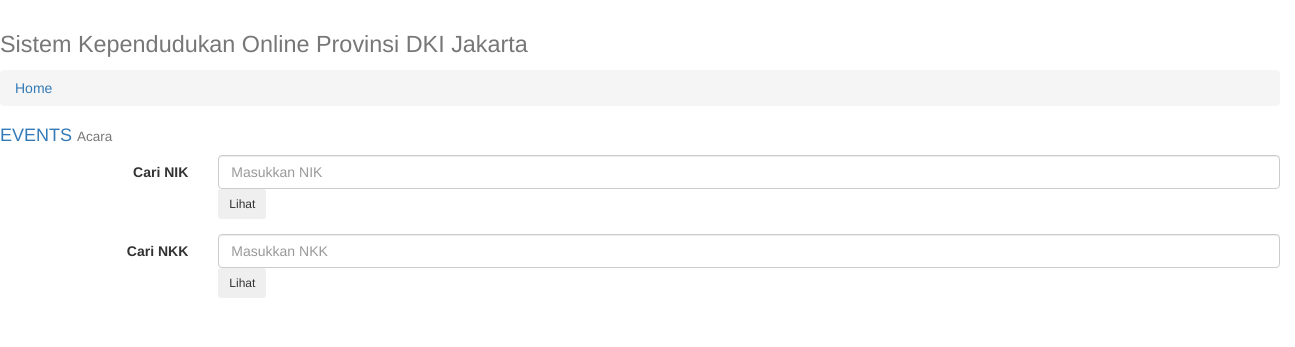
Repository: apap-2017/tugas1_1406544135
Page: http://localhost/index
The author's editor kept a copy of each file at every save. The page is drawn from the files as they stood at one save, then again after the next save.
The browser window is 1280 px wide. The page is 1295 px wide, so the pictures cover 1295 px, including what lies to the right of the window. The pictures show the whole page.
The page is this project's Thymeleaf template; nobody is signed in. The template is opened directly, without the code that normally fills it, so the values that code supplies are empty.

Above is the page before, as saved 2017-10-20 11:58:49.

### Tugas1_1406544135/src/main/resources/templates/index.html
<!DOCTYPE HTML>
<html xmlns="http://www.w3.org/1999/xhtml"
	xmlns:th="http://www.thymeleaf.org">
<head>
<title>Siduk DKI</title>
<meta http-equiv="Content-Type" content="text/html; charset=UTF-8" />
     <link href="../../static/css/bootstrap.min.css" rel="stylesheet" th:href="@{/css/bootstrap.min.css}" />
</head>

<body>

	<section class="content-header">
		<h1>
			<small>Sistem Kependudukan Online Provinsi DKI Jakarta</small>
		</h1>

		<ol class="breadcrumb">
			<li><a	 th:href="@{/}">Home</a></li>
		</ol>
	</section>

	<form class="form-horizontal" action="/penduduk" method="get">
			<section>
			<h4>
				<a th:href="@{/b8/home/event}">EVENTS</a> <small>Acara</small>
			</h4>
		</section>
		<div class="form-group">
			<label class="col-sm-2 control-label">Cari NIK</label>
			<div class="col-sm-10">
				<input type="text" name="nik" class="form-control" placeholder="Masukkan NIK"/>
				<button type="submit" class="btn btn-sm bg-teal pull-left" name="action" value="save">Lihat</button>
			</div>
		</div>
	</form>

	<form class="form-horizontal" action="/keluarga" method="get">
		<div class="form-group">
			<label class="col-sm-2 control-label">Cari NKK</label>
			<div class="col-sm-10">
				<input type="text" name="nkk" class="form-control" placeholder="Masukkan NKK"/>
				<button type="submit" class="btn btn-sm bg-teal pull-left" name="action" value="save">Lihat</button>
			</div>
		</div>
	</form>

</body>

</html>

Loaded but not shown: Tugas1_1406544135/src/main/resources/static/css/bootstrap.min.css (library)

After the next save:
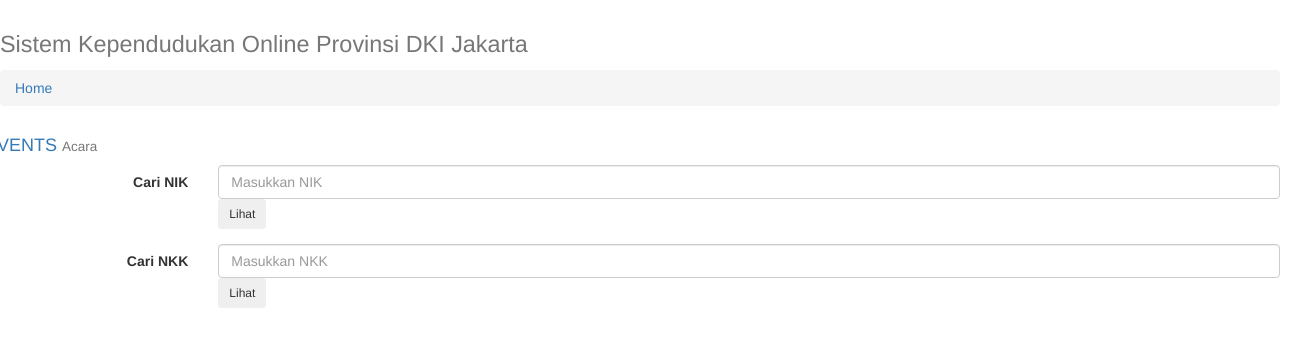
Saved 11 s later.
--- a/Tugas1_1406544135/src/main/resources/templates/index.html
+++ b/Tugas1_1406544135/src/main/resources/templates/index.html
@@ -20,12 +20,12 @@
 	</section>
 
 	<form class="form-horizontal" action="/penduduk" method="get">
+		<div class="form-group">
 			<section>
 			<h4>
 				<a th:href="@{/b8/home/event}">EVENTS</a> <small>Acara</small>
 			</h4>
 		</section>
-		<div class="form-group">
 			<label class="col-sm-2 control-label">Cari NIK</label>
 			<div class="col-sm-10">
 				<input type="text" name="nik" class="form-control" placeholder="Masukkan NIK"/>
